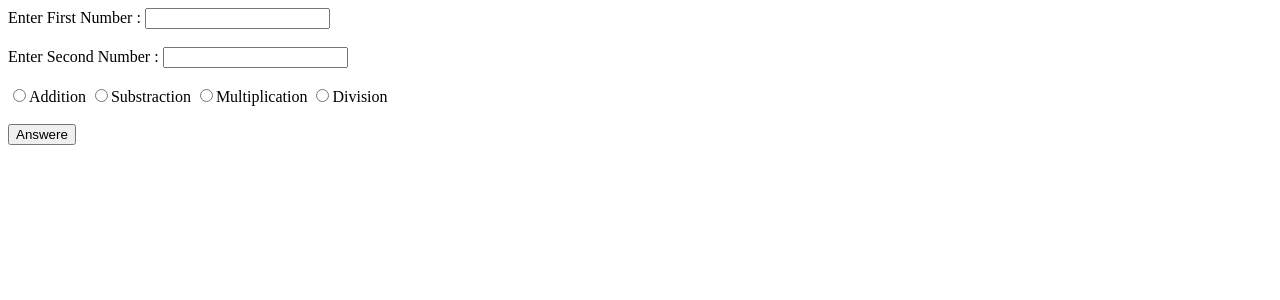
Repository: shzkhar/ISM_ADV_JAVA_23
Page: ServletCalculator/src/main/webapp/calci.html
These files come from the project's save history. The page is drawn as it stood at one moment and after the next save; the edit follows.
The browser window is 1280 px wide. The pictures show the whole page.

Above is the page before, as saved 2023-03-28 11:27:11.

After the next save:
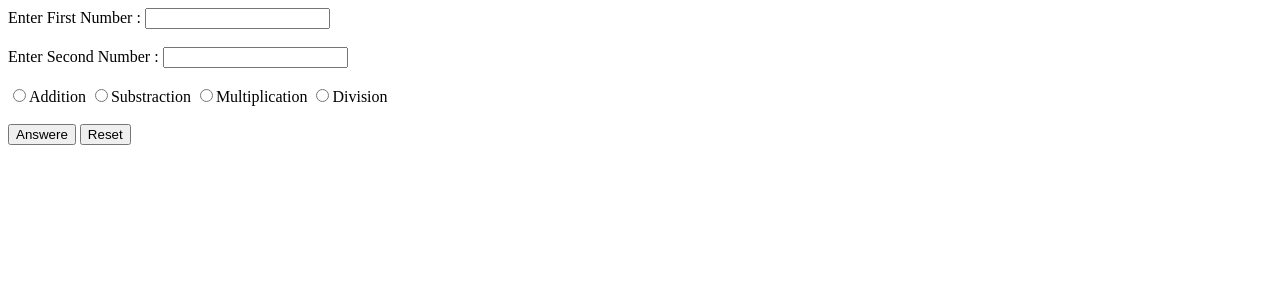
Saved 70 s later.
--- a/ServletCalculator/src/main/webapp/calci.html
+++ b/ServletCalculator/src/main/webapp/calci.html
@@ -20,7 +20,8 @@
           <input type="radio" name="division" value="div">Division
 
           <br><br>
-          <input type="Submit" value="Answere">
+          <input type="Submit" value="Answere"/>
+          <input type="reset" value="Reset"/>
 
 
      </form>
